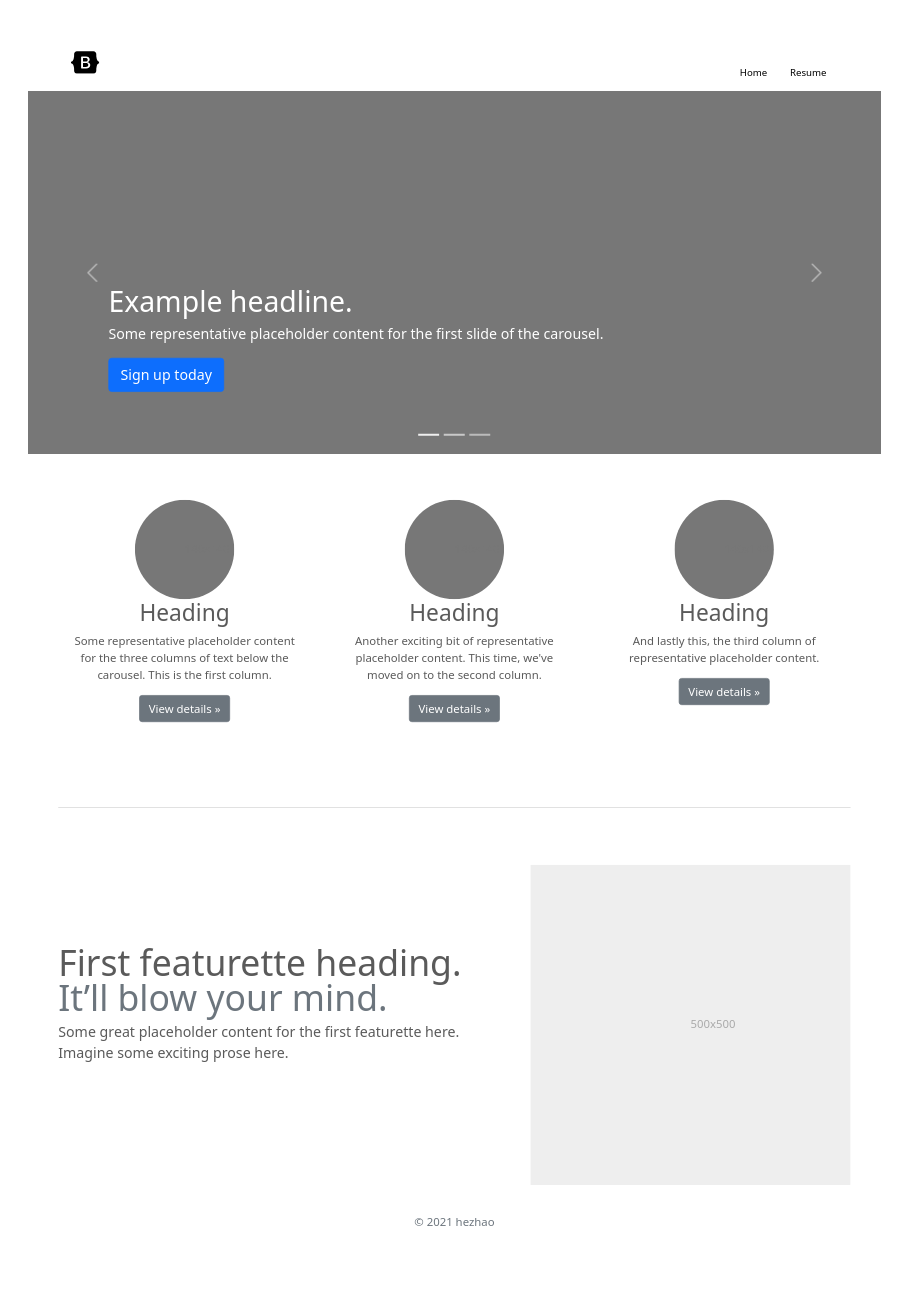
Repository: HeZhao-hugh/personal-web
Page: index.html
These files come from the project's save history. The page is drawn as it stood at one moment and after the next save; the edit follows.
The browser window is 1280 px wide. The pictures show the whole page, at 71% of full size.

Above is the page before, as saved 2022-01-19 21:10:18.

After the next save:
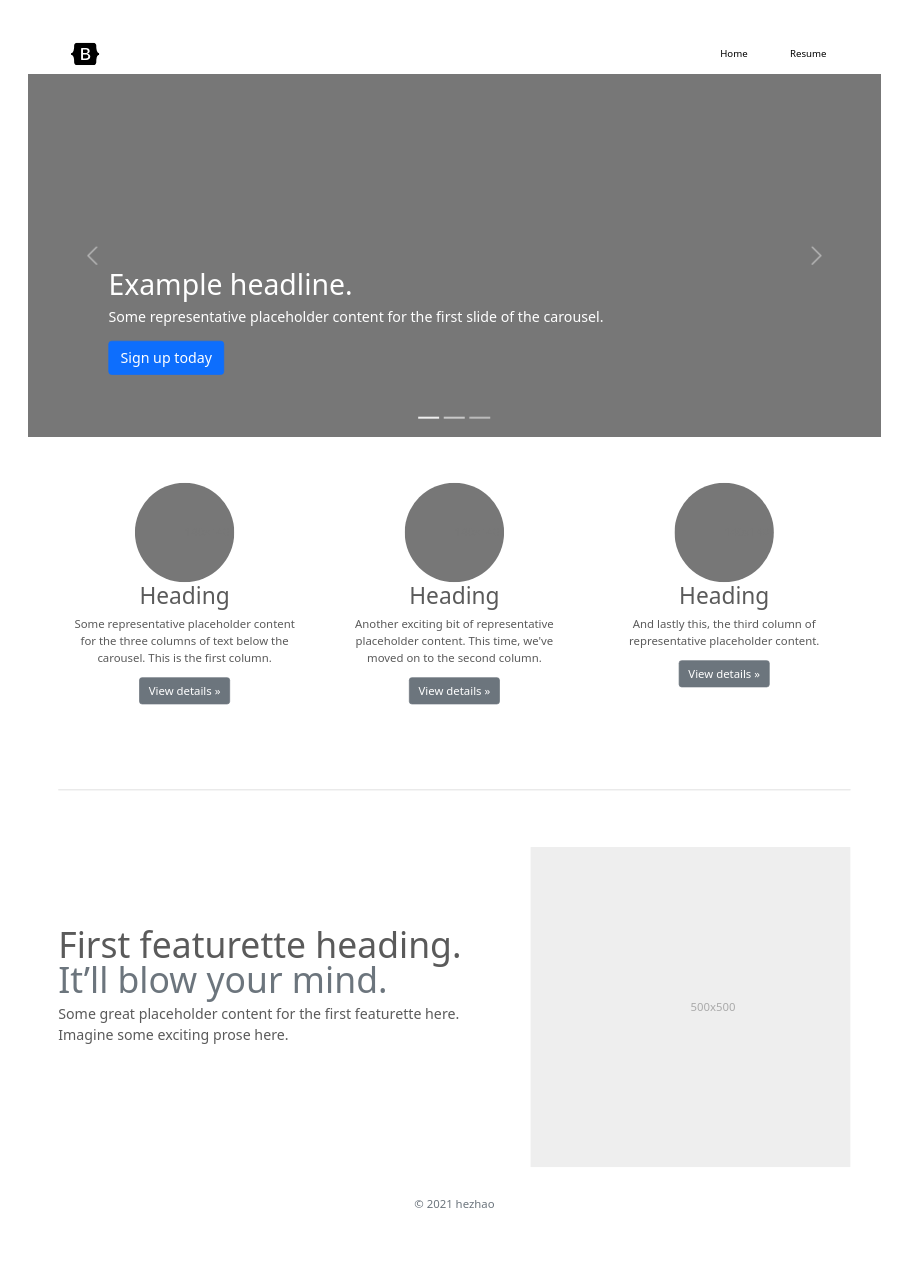
Saved 31 s later.
--- a/index.html
+++ b/index.html
@@ -70,14 +70,16 @@
                         <ul class="nav col-12 col-lg-auto my-2 justify-content-center my-md-0 text-small">
                             <li href="HOME" class="navbar-item">
                                 <a href="HOME" class="nav-link text-black">
-                                    <svg class="bi d-block mx-auto mb-1" width="24" height="24">
+                                    <svg href="HOME" class="navbar-item" class="bi d-block mx-auto mb-1" width="24"
+                                        height="24">
                                         <!-- <use href="#Home1" />--></svg>
                                     Home
                                 </a>
                             </li>
                             <li href="RESUME" class="navbar-item">
                                 <a href="RESUME" class="nav-link text-black">
-                                    <svg class="bi d-block mx-auto mb-1" width="24" height="24">
+                                    <svg href="RESUME" class="navbar-item" class="bi d-block mx-auto mb-1" width="24"
+                                        height="24">
                                         <!-- <use href="#Resume1" />--></svg>
                                     Resume
                                 </a>
